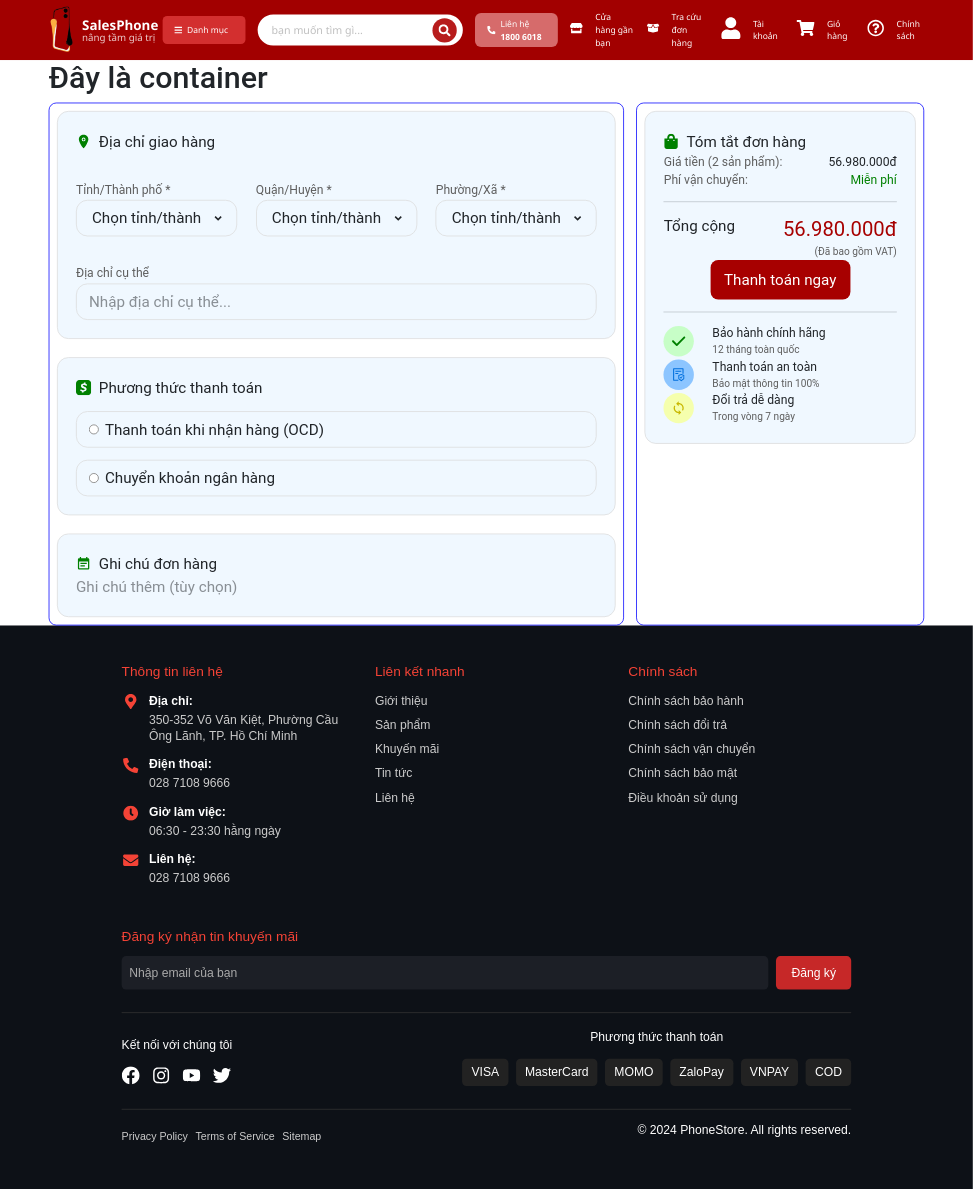
Repository: nguyenhuuluanTTB/cn-da22ttb-nguyenhuuluan-website_salesphone-nextjs_nodejs
Page: /order (app in Project_SalesPhone/client/salesphone/)
An editor plug-in stored every save of this project. The page is shown before and after the next save, followed by the edit.
The browser window is 1280 px wide. The pictures show the whole page, at 76% of full size.
The project was rebuilt for these pictures with package versions that can differ from the ones it lists, and the page was loaded fresh each time. The framework's server and built-in components were replaced by stand-ins that run in the browser. Also part of the build but not shown: Project_SalesPhone/client/salesphone/next.config.ts.

Above is the page before, as saved 2025-12-02 03:00:43.

After the next save:
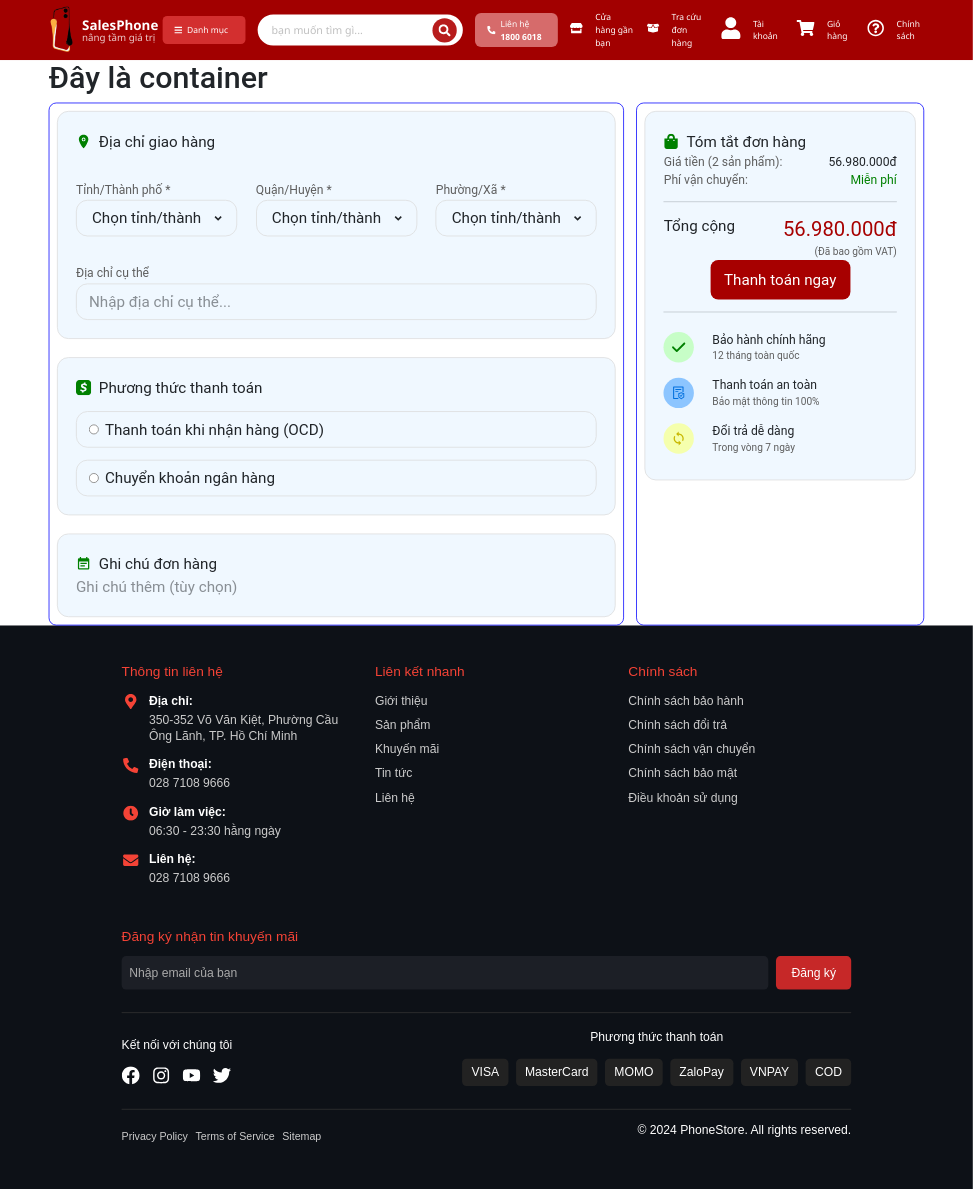
Saved 4 s later.
--- a/Project_SalesPhone/client/salesphone/app/order/order.module.scss
+++ b/Project_SalesPhone/client/salesphone/app/order/order.module.scss
@@ -139,7 +139,7 @@
     align-items: center;
     justify-content: start;
     gap: 1.5rem;
-    margin: 0/5rem 0;
+    margin: 0.5rem 0;
 
     .baohanh_icon{
         color: green;
